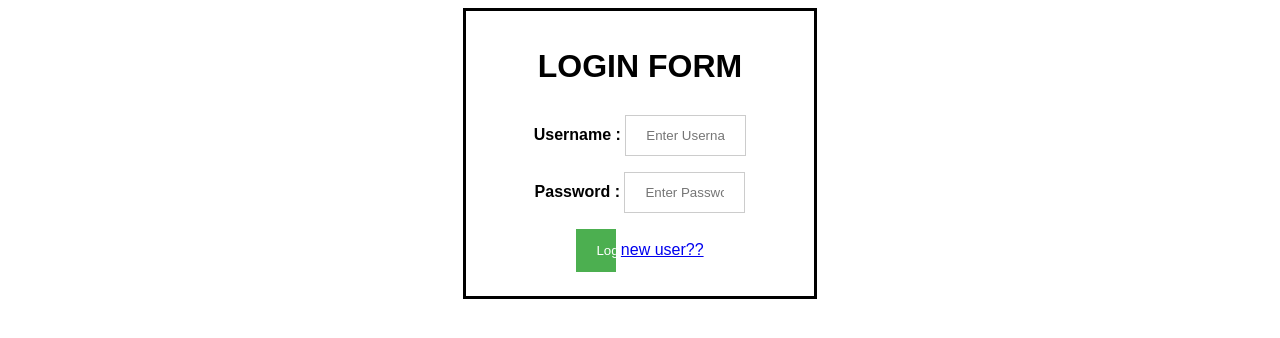
Repository: mugdha97/JSPServlet
Page: http://localhost/com.bridgelabz.loginRegister/login.jsp
The author's editor kept a copy of each file at every save. The page is drawn from the files as they stood at one save, then again after the next save.
The browser window is 1280 px wide. The pictures show the whole page.
The page is served by Tomcat 9. Other server files are loaded and not shown.

Above is the page before, as saved 2019-10-19 05:17:12.

### com.bridgelabz.loginRegister/WebContent/login.jsp
<%@ page language="java" contentType="text/html; charset=UTF-8"
    pageEncoding="UTF-8"%>
<!DOCTYPE html>
<html>
<head>
<meta charset="UTF-8">
<link rel="stylesheet" href="login.css"> <!-- add css files -->
</head>
<body>
<center>

<div class="container">
<form action="login" method="post">
		<div><h1> LOGIN FORM</h1></div>
      <label for="uname"><b>Username : </b></label>
      <input type="text" placeholder="Enter Username" name="uname" required><br>

      <label for="psw"><b>Password : </b></label>
      <input type="password" placeholder="Enter Password" name="password" required><br>

      <button type="submit"value="login">Login</button>
     <a href="Registration.jsp">new user??</a>
     </form>
    </div>

    </center>
</body>
</html>

### com.bridgelabz.loginRegister/WebContent/login.css
body {font-family: Arial, Helvetica, sans-serif;}

/* Full-width input fields */
input[type=text], input[type=password] {
  width: 25%;
  padding: 12px 20px;
  margin: 8px 0;
  display: inline-block;
  border: 1px solid #ccc;

}

/* Set a style for all buttons */
button {
  background-color: #4CAF50;
  color: white;
  padding: 14px 20px;
  margin: 8px 0;
  border: none;
  cursor: pointer;
  width: 10%;
}

button:hover {
  opacity: 0.8;
}

/* Extra styles for the cancel button */


.container {
  padding: 16px;
 border-style: solid;
 width:25%;
}

span.psw {
  float: right;
  padding-top: 16px;
}

/* The Modal (background) */
.modal {
  display: none; /* Hidden by default */
  position: fixed; /* Stay in place */
  z-index: 1; /* Sit on top */
  left: 0;
  top: 0;
  width: 100%; /* Full width */
  height: 100%; /* Full height */
  overflow: auto; /* Enable scroll if needed */
  background-color: rgb(0,0,0); /* Fallback color */
  background-color: rgba(0,0,0,0.4); /* Black w/ opacity */
  padding-top: 60px;
}

/* Modal Content/Box */
.modal-content {
  background-color: #fefefe;
  margin: 5% auto 15% auto; /* 5% from the top, 15% from the bottom and centered */
  border: 1px solid #888;
  width: 80%; /* Could be more or less, depending on screen size */
}

/* The Close Button (x) */
.close {
  position: absolute;
  right: 25px;
  top: 0;
  color: #000;
  font-size: 35px;
  font-weight: bold;
}

.close:hover,
.close:focus {
  color: red;
  cursor: pointer;
}

After the next save:
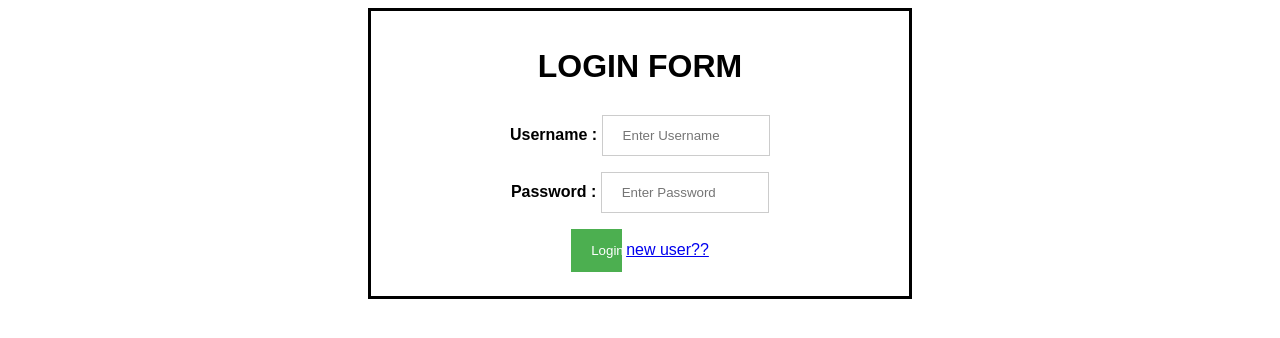
Saved 15 s later.
--- a/com.bridgelabz.loginRegister/WebContent/login.css
+++ b/com.bridgelabz.loginRegister/WebContent/login.css
@@ -31,7 +31,7 @@ button:hover {
 .container {
   padding: 16px;
  border-style: solid;
- width:25%;
+ width:40%;
 }
 
 span.psw {
